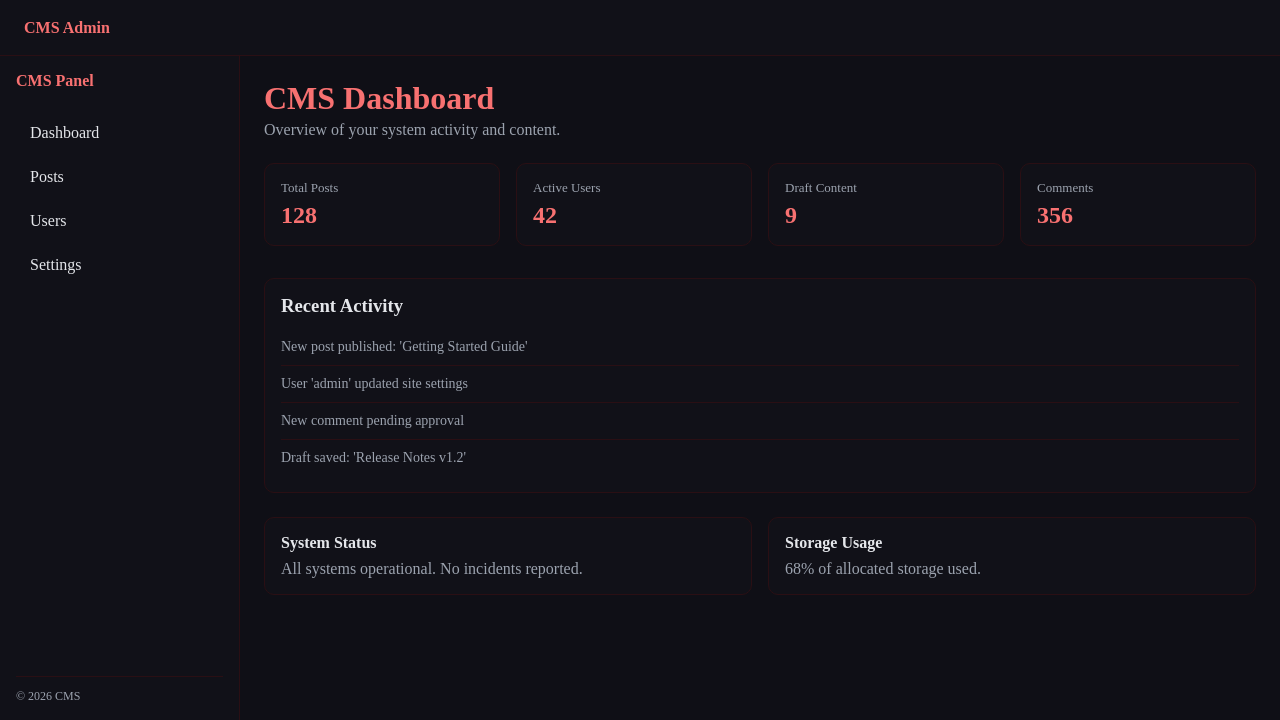
Repository: rajendratamang/react-dashboard
Page: /
These files come from the project's save history. The page is drawn as it stood at one moment and after the next save; the edit follows.
The browser window is 1280 px wide. The pictures show the whole page.
The project was rebuilt for these pictures with package versions that can differ from the ones it lists, and the page was loaded fresh each time. Also part of the build but not shown: vite.config.ts.

Above is the page before, as saved 2026-01-16 20:26:51.

### src/App.tsx
import MainLayout from "./layouts/MainLayout";
import Dashboard from "./pages/Dashboard";

function App() {
  return (
    <MainLayout>
      <Dashboard />
    </MainLayout>
  );
}

export default App;

### src/index.css
* {
  margin: 0;
  padding: 0;
  box-sizing: border-box;
}

html, body, #root {
  height: 100%;
  width: 100%;
}

### src/layouts/MainLayout.tsx
import { ReactNode } from "react";
import Sidebar from "../components/Sidebar";

type MainLayoutProps = {
  children: ReactNode;
};

export default function MainLayout({ children }: MainLayoutProps) {
  return (
    <div
      style={{
        height: "100%",
        width: "100%",
        display: "flex",
        flexDirection: "column",
        backgroundColor: "#0b0b0f" // app background (blackish)
      }}
    >
      {/* Header */}
      <header
        style={{
          height: "56px",
          width: "100%",
          backgroundColor: "#111118",
          borderBottom: "1px solid #2a0f14",
          display: "flex",
          alignItems: "center",
          padding: "0 24px",
          fontWeight: 600,
          color: "#f87171" // soft red
        }}
      >
        CMS Admin
      </header>

      {/* Body */}
      <div
        style={{
          flex: 1,
          display: "flex",
          width: "100%",
          overflow: "hidden"
        }}
      >
        {/* Sidebar */}
        <Sidebar />

        {/* Main Content */}
        <main
          style={{
            flex: 1,
            backgroundColor: "#0f0f16",
            color: "#e5e7eb",
            overflowY: "auto"
          }}
        >
          {children}
        </main>
      </div>
    </div>
  );
}

### src/pages/Dashboard.tsx
export default function Dashboard() {
  return (
    <div style={{ padding: "24px" }}>
      {/* Page Title */}
      <h1 style={{ color: "#f87171", marginBottom: "4px" }}>
        CMS Dashboard
      </h1>
      <p style={{ color: "#9ca3af", marginBottom: "24px" }}>
        Overview of your system activity and content.
      </p>

      {/* Stats Cards */}
      <div
        style={{
          display: "grid",
          gridTemplateColumns: "repeat(4, 1fr)",
          gap: "16px",
          marginBottom: "32px"
        }}
      >
        {[
          { label: "Total Posts", value: "128" },
          { label: "Active Users", value: "42" },
          { label: "Draft Content", value: "9" },
          { label: "Comments", value: "356" }
        ].map((item) => (
          <div
            key={item.label}
            style={{
              backgroundColor: "#111118",
              border: "1px solid #2a0f14",
              borderRadius: "10px",
              padding: "16px"
            }}
          >
            <div
              style={{
                fontSize: "13px",
                color: "#9ca3af",
                marginBottom: "6px"
              }}
            >
              {item.label}
            </div>
            <div
              style={{
                fontSize: "24px",
                fontWeight: 700,
                color: "#f87171"
              }}
            >
              {item.value}
            </div>
          </div>
        ))}
      </div>

      {/* Recent Activity */}
      <div
        style={{
          backgroundColor: "#111118",
          border: "1px solid #2a0f14",
          borderRadius: "10px",
          padding: "16px",
          marginBottom: "24px"
        }}
      >
        <h3
          style={{
            color: "#e5e7eb",
            marginBottom: "12px"
          }}
        >
          Recent Activity
        </h3>

        {[
          "New post published: 'Getting Started Guide'",
          "User 'admin' updated site settings",
          "New comment pending approval",
          "Draft saved: 'Release Notes v1.2'"
        ].map((activity, index) => (
          <div
            key={index}
            style={{
              padding: "10px 0",
              borderBottom:
                index !== 3 ? "1px solid #2a0f14" : "none",
              color: "#9ca3af",
              fontSize: "14px"
            }}
          >
            {activity}
          </div>
        ))}
      </div>

      {/* System Status */}
      <div
        style={{
          display: "grid",
          gridTemplateColumns: "repeat(2, 1fr)",
          gap: "16px"
        }}
      >
        <div
          style={{
            backgroundColor: "#111118",
            border: "1px solid #2a0f14",
            borderRadius: "10px",
            padding: "16px"
          }}
        >
          <h4 style={{ color: "#e5e7eb", marginBottom: "8px" }}>
            System Status
          </h4>
          <p style={{ color: "#9ca3af" }}>
            All systems operational. No incidents reported.
          </p>
        </div>

        <div
          style={{
            backgroundColor: "#111118",
            border: "1px solid #2a0f14",
            borderRadius: "10px",
            padding: "16px"
          }}
        >
          <h4 style={{ color: "#e5e7eb", marginBottom: "8px" }}>
            Storage Usage
          </h4>
          <p style={{ color: "#9ca3af" }}>
            68% of allocated storage used.
          </p>
        </div>
      </div>
    </div>
  );
}

### src/components/Sidebar.tsx
type MenuItem = {
  label: string;
};

const menuItems: MenuItem[] = [
  { label: "Dashboard" },
  { label: "Posts" },
  { label: "Users" },
  { label: "Settings" }
];

export default function Sidebar() {
  return (
    <aside
      style={{
        width: "240px",
        backgroundColor: "#111118",
        borderRight: "1px solid #2a0f14",
        padding: "16px",
        display: "flex",
        flexDirection: "column"
      }}
    >
      {/* Brand / Title */}
      <div
        style={{
          fontSize: "16px",
          fontWeight: 700,
          color: "#f87171",
          marginBottom: "24px"
        }}
      >
        CMS Panel
      </div>

      {/* Menu */}
      <nav style={{ flex: 1 }}>
        {menuItems.map((item) => (
          <div
            key={item.label}
            style={{
              padding: "10px 14px",
              borderRadius: "8px",
              cursor: "pointer",
              marginBottom: "6px",
              color: "#e5e7eb",
              transition: "all 0.2s ease"
            }}
            onMouseEnter={(e) => {
              e.currentTarget.style.backgroundColor = "#1a0f14";
              e.currentTarget.style.color = "#f87171";
            }}
            onMouseLeave={(e) => {
              e.currentTarget.style.backgroundColor = "transparent";
              e.currentTarget.style.color = "#e5e7eb";
            }}
          >
            {item.label}
          </div>
        ))}
      </nav>

      {/* Footer */}
      <div
        style={{
          fontSize: "12px",
          color: "#9ca3af",
          paddingTop: "12px",
          borderTop: "1px solid #2a0f14"
        }}
      >
        © 2026 CMS
      </div>
    </aside>
  );
}

Loaded but not shown: index.html (common file); src/main.tsx (common file)

After the next save:
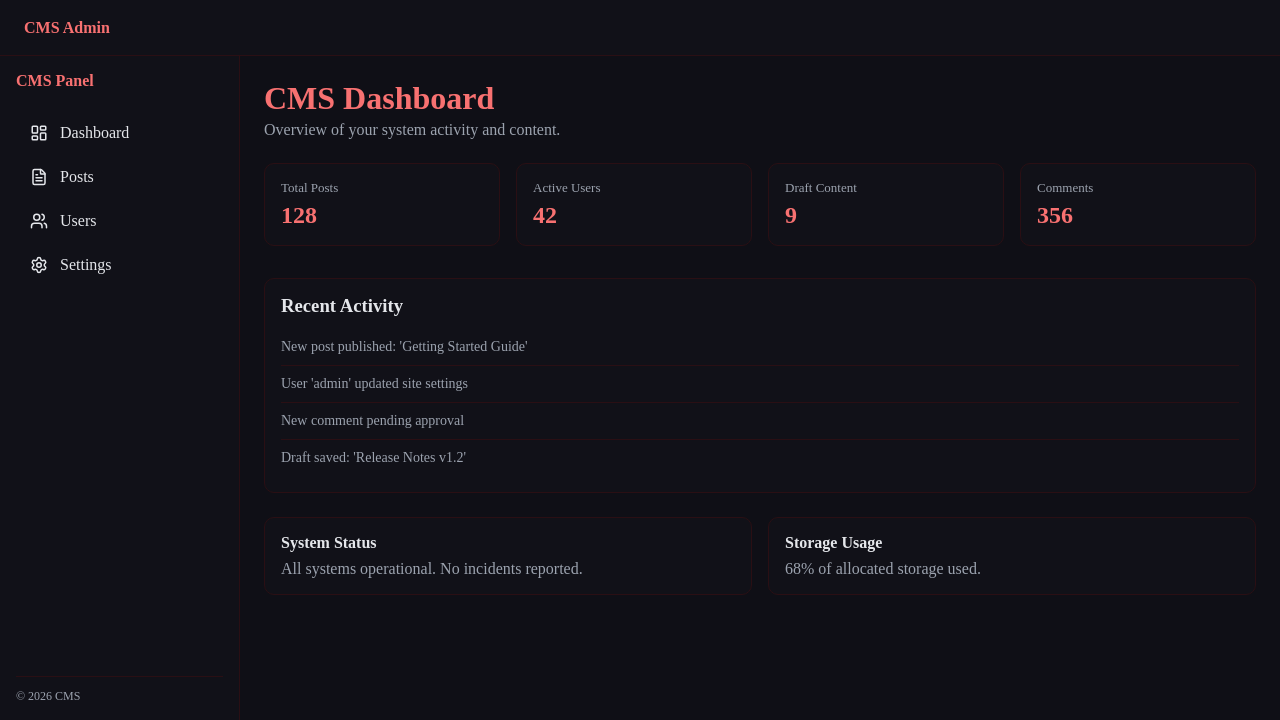
Saved 66 s later.
--- a/src/components/Sidebar.tsx
+++ b/src/components/Sidebar.tsx
@@ -1,12 +1,20 @@
+import {
+  LayoutDashboard,
+  FileText,
+  Users,
+  Settings
+} from "lucide-react";
+
 type MenuItem = {
   label: string;
+  icon: React.ElementType;
 };
 
 const menuItems: MenuItem[] = [
-  { label: "Dashboard" },
-  { label: "Posts" },
-  { label: "Users" },
-  { label: "Settings" }
+  { label: "Dashboard", icon: LayoutDashboard },
+  { label: "Posts", icon: FileText },
+  { label: "Users", icon: Users },
+  { label: "Settings", icon: Settings }
 ];
 
 export default function Sidebar() {
@@ -21,7 +29,7 @@ export default function Sidebar() {
         flexDirection: "column"
       }}
     >
-      {/* Brand / Title */}
+      {/* Brand */}
       <div
         style={{
           fontSize: "16px",
@@ -35,29 +43,37 @@ export default function Sidebar() {
 
       {/* Menu */}
       <nav style={{ flex: 1 }}>
-        {menuItems.map((item) => (
-          <div
-            key={item.label}
-            style={{
-              padding: "10px 14px",
-              borderRadius: "8px",
-              cursor: "pointer",
-              marginBottom: "6px",
-              color: "#e5e7eb",
-              transition: "all 0.2s ease"
-            }}
-            onMouseEnter={(e) => {
-              e.currentTarget.style.backgroundColor = "#1a0f14";
-              e.currentTarget.style.color = "#f87171";
-            }}
-            onMouseLeave={(e) => {
-              e.currentTarget.style.backgroundColor = "transparent";
-              e.currentTarget.style.color = "#e5e7eb";
-            }}
-          >
-            {item.label}
-          </div>
-        ))}
+        {menuItems.map((item) => {
+          const Icon = item.icon;
+
+          return (
+            <div
+              key={item.label}
+              style={{
+                display: "flex",
+                alignItems: "center",
+                gap: "12px",
+                padding: "10px 14px",
+                borderRadius: "8px",
+                cursor: "pointer",
+                marginBottom: "6px",
+                color: "#e5e7eb",
+                transition: "all 0.2s ease"
+              }}
+              onMouseEnter={(e) => {
+                e.currentTarget.style.backgroundColor = "#1a0f14";
+                e.currentTarget.style.color = "#f87171";
+              }}
+              onMouseLeave={(e) => {
+                e.currentTarget.style.backgroundColor = "transparent";
+                e.currentTarget.style.color = "#e5e7eb";
+              }}
+            >
+              <Icon size={18} />
+              <span>{item.label}</span>
+            </div>
+          );
+        })}
       </nav>
 
       {/* Footer */}
